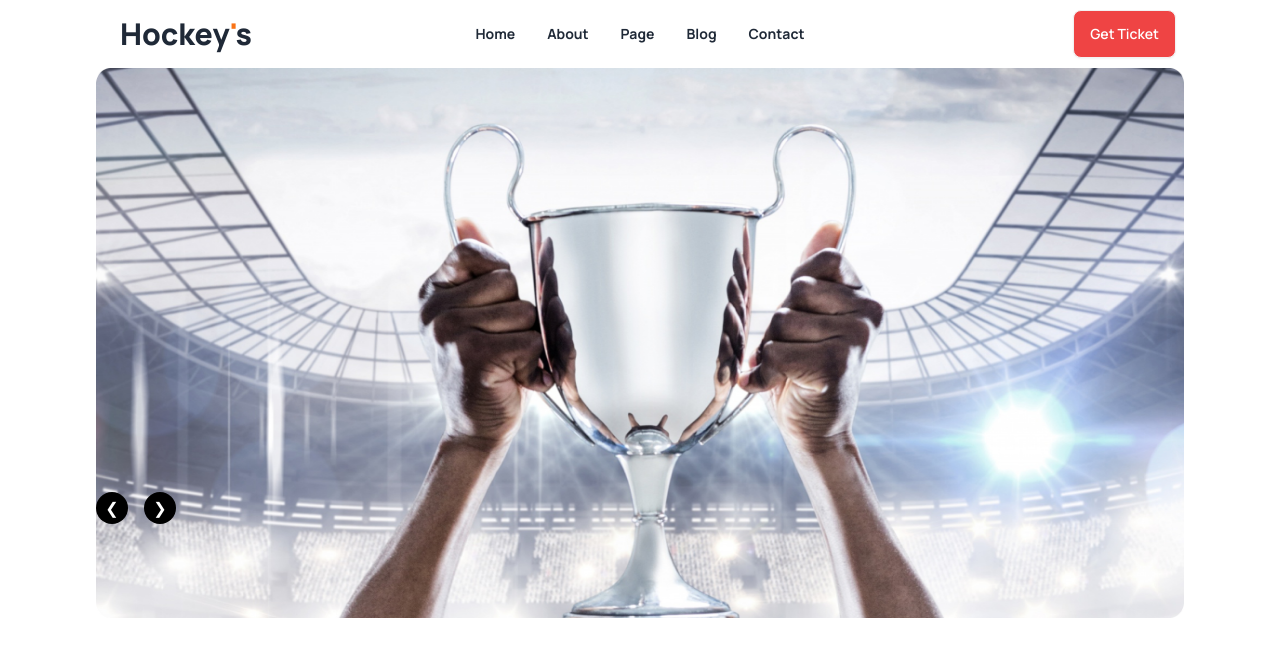
Repository: RudrasahaDibos/Hockey-
Page: index.html
These files come from the project's save history. The page is drawn as it stood at one moment and after the next save; the edit follows.
The browser window is 1280 px wide. The pictures show the whole page.
Some web libraries are served in a nearby version.

Above is the page before, as saved 2024-10-23 19:33:32.

After the next save:
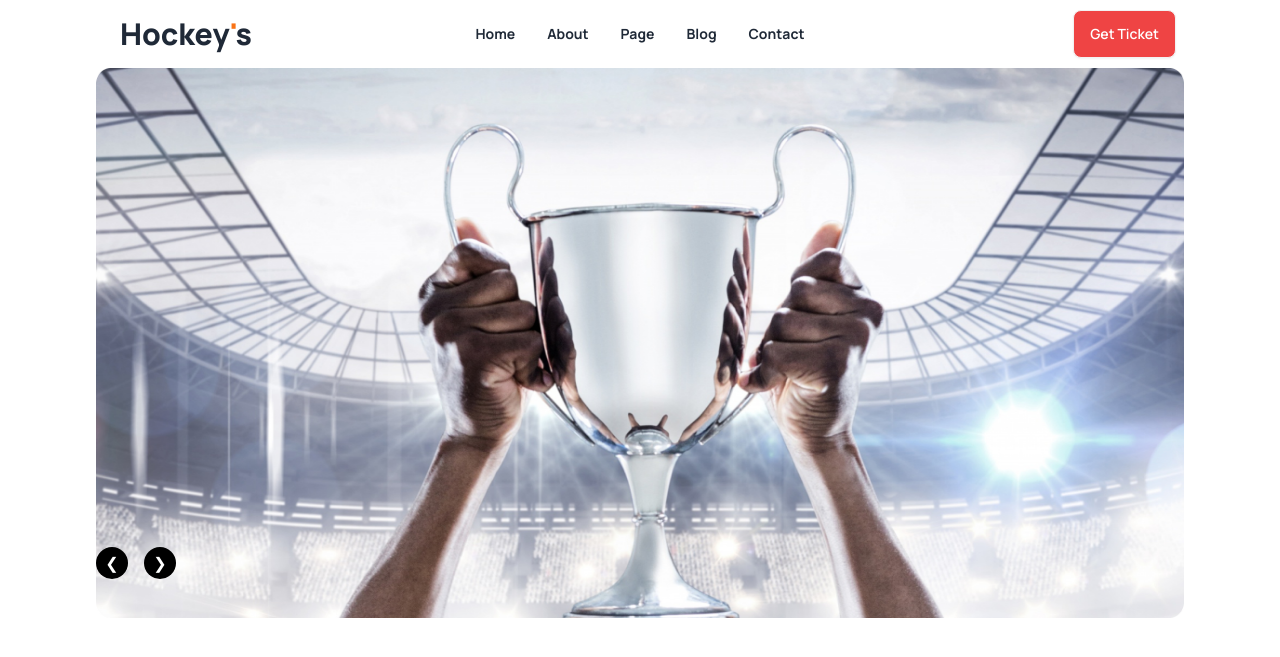
Saved 6 s later.
--- a/index.html
+++ b/index.html
@@ -95,7 +95,7 @@
                           <img
                             src="Images/1.png"
                             class="w-full lg:h-[550px] " />
-                          <div class="absolute lg:left-0 lg:right-0 lg:top-[80%] left-[90px] top-[80%] flex -translate-y-1/2 transform gap-4">
+                          <div class="absolute lg:left-0 lg:right-0 lg:top-[90%] left-[90px] top-[80%] flex -translate-y-1/2 transform gap-4">
                             <div class=" h-8 w-8 rounded-full bg-black text-white flex justify-center items-center ">
                               <a href="#slide4" class="lg:btn lg:btn-circle">❮</a>
                             </div>
